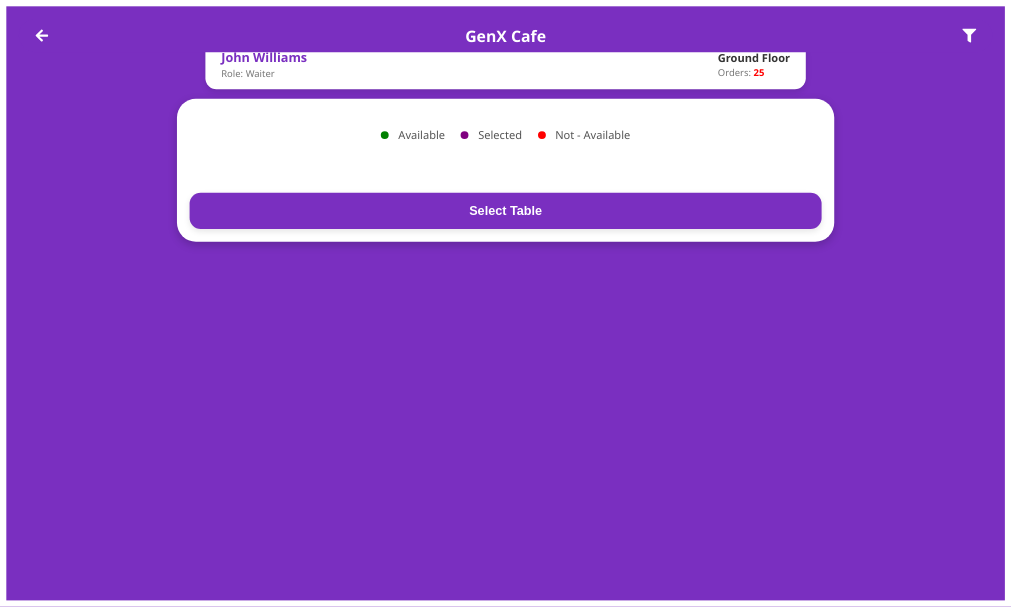
Repository: rajeshwaranslv/sturdy-spork-genx-frontend
Page: /
These files come from the project's save history. The page is drawn as it stood at one moment and after the next save; the edit follows.
The browser window is 1280 px wide. The pictures show the whole page, at 79% of full size.
The page's requests for data from a server got no answer. The project was rebuilt for these pictures with package versions that can differ from the ones it lists, and the page was loaded fresh each time. No one was signed in, and anything a server would have sent is missing. Also part of the build but not shown: src/components/menu.css, src/components/MenuSelection.js, src/components/order.css, src/components/OrderReview.js, src/components/billing.css, src/components/Billing.js, src/components/Success.js.

Above is the page before, as saved 2025-07-15 11:26:27.

After the next save:
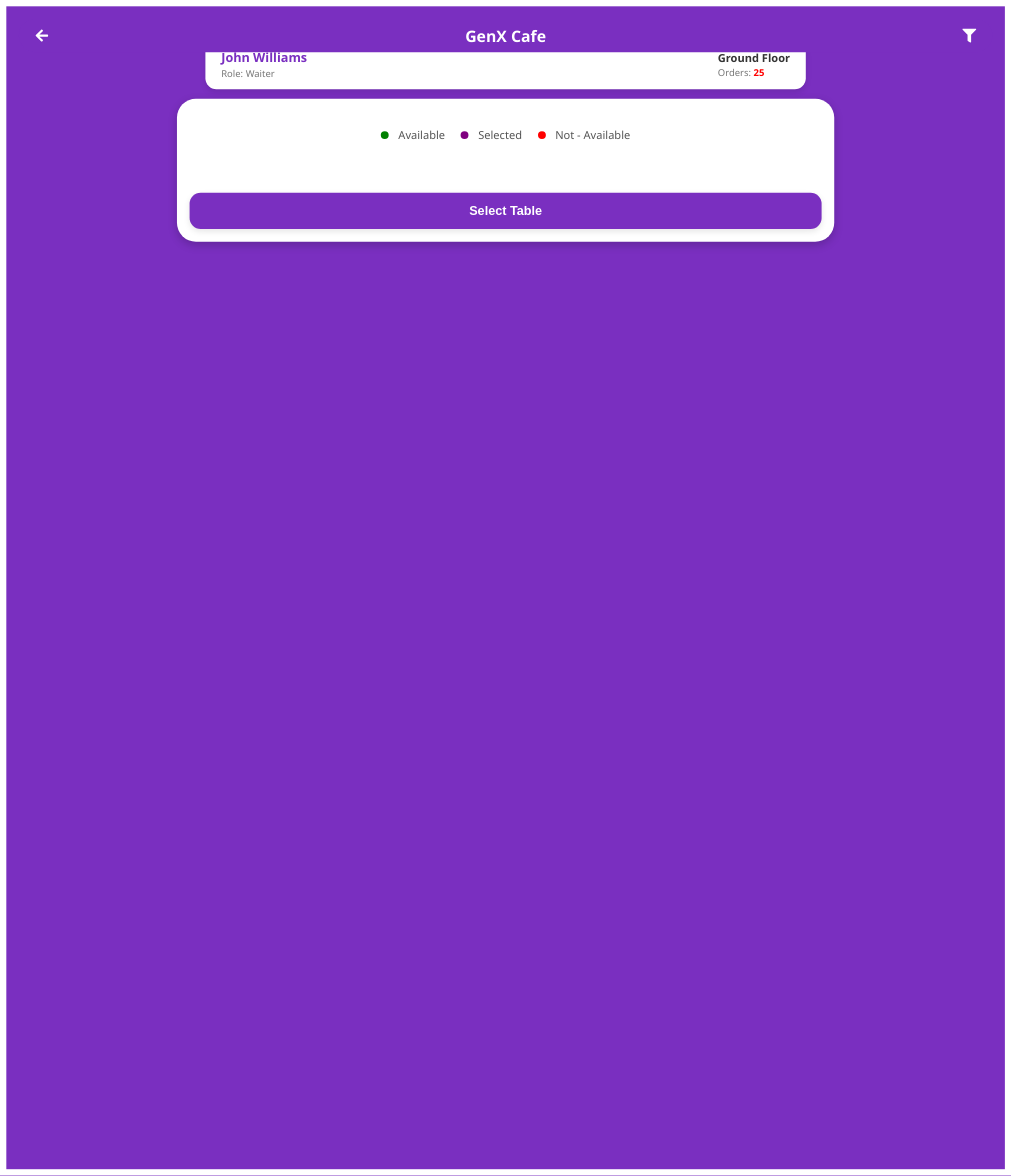
Saved 13 s later.
--- a/src/components/style.css
+++ b/src/components/style.css
@@ -1,6 +1,6 @@
 .container-fluid {
   background: #7a2fc0;
-  min-height: 100vh;
+  min-height: 200vh;
   padding: 16px;
 
   font-family: 'Segoe UI', sans-serif;

After the save that followed:
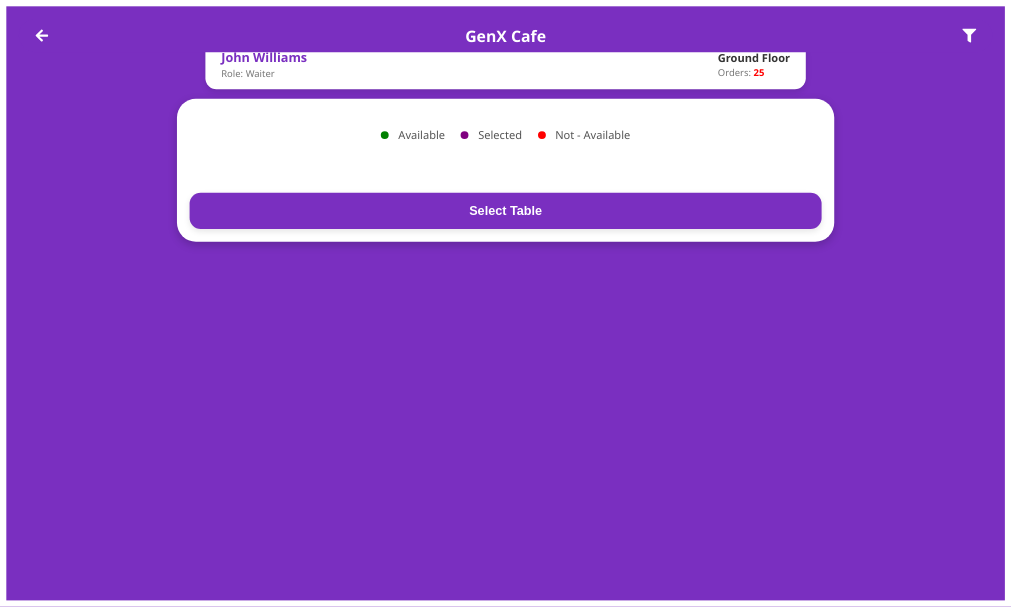
Saved 7 s later.
--- a/src/components/style.css
+++ b/src/components/style.css
@@ -1,6 +1,6 @@
 .container-fluid {
   background: #7a2fc0;
-  min-height: 200vh;
+  min-height: 100vh;
   padding: 16px;
 
   font-family: 'Segoe UI', sans-serif;
